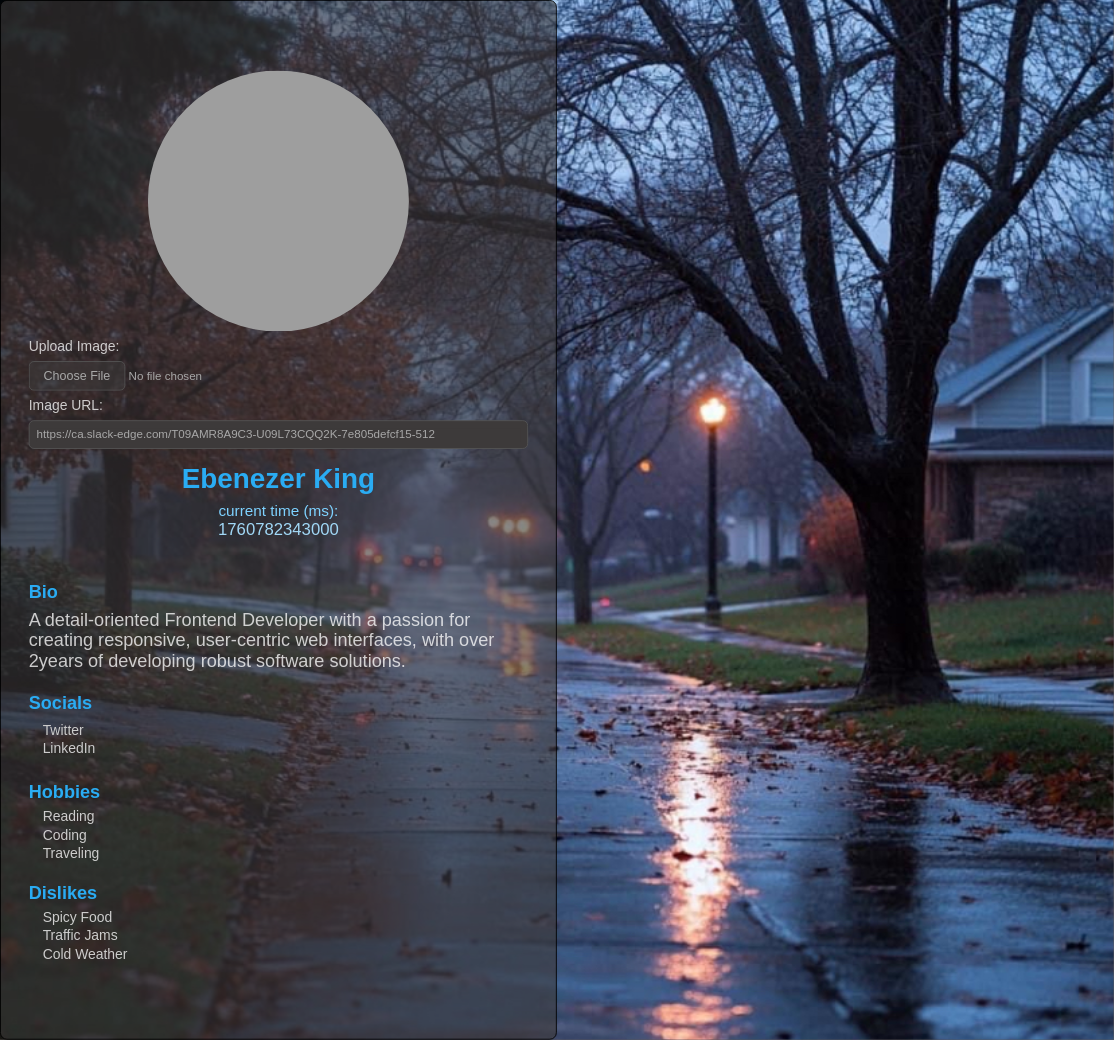
Repository: ebenezertiewei/profileCard
Page: index.html
These files come from the project's save history. The page is drawn as it stood at one moment and after a run of saves; the edit follows.
The browser window is 1280 px wide. The pictures show the whole page, at 87% of full size.
Pictures or frames that could not be fetched are drawn as grey boxes.

Above is the page before, as saved 2025-10-18 10:45:49.

### index.html
<!DOCTYPE html>
<html lang="en">
	<head>
		<meta charset="UTF-8" />
		<meta name="viewport" content="width=device-width, initial-scale=1.0" />
		<title>Profile Card</title>
		<link rel="stylesheet" href="style.css" />
	</head>
	<body>
		<!--------------------------------- PROFILE CARD CONTAINER ---------------------------->
		<article data-testid="test-profile-card">
			<!---------------------------------- PROFILE HEADER ---------------------------->
			<section id="profileHeader" data-testid="test-profile-header">
				<figure>
					<img
						src="https://ca.slack-edge.com/T09AMR8A9C3-U09L73CQQ2K-7e805defcf15-512"
						alt="Profile Avatar"
						data-testid="test-user-avatar"
						id="profileAvatar"
					/>
					<!-- <figcaption>Ebenezer King</figcaption> -->
				</figure>
				<section class="imageUploadMethods">
					<!-- image upload -->
					<label for="avatarUpload">Upload Image:</label>
					<input type="file" id="avatarUpload" accept="image/*" />
					<!-- image url -->
					<label for="avatarUrl">Image URL:</label>
					<input
						type="url"
						id="avatarUrl"
						placeholder="https://ca.slack-edge.com/T09AMR8A9C3-U09L73CQQ2K-7e805defcf15-512"
					/>
				</section>
				<h2 data-testid="test-user-name">Ebenezer King</h2>
				<!----------- current time----------->
				<span data-testid="test-user-time-header" class="time-header">
					current time (ms):
					<p data-testid="test-user-time"></p>
				</span>
			</section>
			<!---------------------------------- PROFILE DETAILS ---------------------------->
			<section id="profileDetails" data-testid="test-profile-details">
				<h3 data-testid="test-user-bio-header" class="bio-header">Bio</h3>
				<p data-testid="test-user-bio">
					A detail-oriented Frontend Developer with a passion for creating
					responsive, user-centric web interfaces, with over 2years of
					developing robust software solutions.
				</p>
				<!--------------------- social links ------------->
				<h3
					data-testid="test-user-social-links-header"
					class="social-links-header"
				>
					Socials
				</h3>
				<nav data-testid="test-user-social-links">
					<ul>
						<li>
							<a
								href="https://x.com/txch_king?s=11&t=o3w1r65yzU2hxbP-LDD1ug"
								target="_blank"
								rel="noopener noreferrer"
								data-testid="test-user-social-twitter"
							>
								Twitter
							</a>
						</li>
						<li>
							<a
								href="https://www.linkedin.com/in/ebenezer-t-093b21320/"
								target="_blank"
								rel="noopener noreferrer"
								data-testid="test-user-social-linkedin"
							>
								LinkedIn
							</a>
						</li>
					</ul>
				</nav>
				<!--------------------- hobbies ------------->
				<section data-testid="test-user-hobbies">
					<h3 data-testid="test-user-hobbies-header" class="hobbies-header">
						Hobbies
					</h3>
					<ul>
						<li>Reading</li>
						<li>Coding</li>
						<li>Traveling</li>
					</ul>
				</section>
				<!--------------------- dislikes ------------->
				<section data-testid="test-user-dislikes">
					<h3 data-testid="test-user-dislikes-header" class="dislikes-header">
						Dislikes
					</h3>
					<ul>
						<li>Spicy Food</li>
						<li>Traffic Jams</li>
						<li>Cold Weather</li>
					</ul>
				</section>
			</section>
		</article>

		<!-- javascript link -->
		<script src="script.js"></script>
	</body>
</html>

### style.css
/* ---------------------------------------------------------------- */
/*--------------- Project body general style ---------------*/
html {
	width: 100dvw;
	font-family: Arial, sans-serif;
	font-size: 1rem;
	font-weight: 400;
}
body {
	background-color: #605a5a;
	background-image: url("./assets/states.jpg");
	background-size: cover;
	background-position: center;
	background-repeat: no-repeat;
	/* height: 100%; */
	width: 100%;
}
* {
	padding: 0;
	margin: 0;
	border: 0;
	box-sizing: border-box;
	outline: none;
}

/*--------------------------MOBILE WORKFLOW---------------------*/
/*--------------profile card container -------------------*/
article[data-testid="test-profile-card"] {
	/* height: 100%; */
	width: 100%;
	padding: 3rem 1rem;
	background-color: rgba(61, 58, 58, 0.6);
	color: rgba(255, 255, 255, 0.761);
	display: flex;
	flex-direction: column;
	align-items: center;
	border: 1px solid #020202;
	border-radius: 8px;
	box-shadow: 0 2px 4px rgba(0, 0, 0, 0.1);
}

/*-------------  PROFILE HEADER  -------------*/
#profileHeader {
	width: 100%;
	display: flex;
	flex-direction: column;
	padding: 1rem 0;
	/* background-color: orange; */
}
#profileHeader figure {
	display: flex;
	flex-direction: column;
	align-items: center;
	margin-bottom: 0.5rem;
}
/*------------- profile header image -------------*/
#profileHeader img {
	border-radius: 50%;
	width: 300px;
	height: 300px;
	object-fit: cover;
}
/* -------------imageUploadMethods------------ */
.imageUploadMethods {
	display: flex;
	flex-direction: column;
	align-items: start;
}

.imageUploadMethods label {
	margin-bottom: 0.5rem;
}
.imageUploadMethods input {
	margin-bottom: 0.5rem;
	width: 100%;
}
#avatarUpload::file-selector-button {
	background-color: rgba(61, 58, 58, 0.6);
	color: #a8a8a8;
	padding: 0.5rem 1rem;
	border: 1px solid #555555;
	border-radius: 6px;
	cursor: pointer;
	font-size: 0.9rem;
	transition: background 0.3s;
}
#avatarUpload::file-selector-button:hover {
	background-color: #45a049;
	color: black;
}
#avatarUpload {
	color: #a8a8a8;
}
#avatarUrl::placeholder {
	background-color: rgb(61, 58, 58);
	color: #a8a8a8;
}
#avatarUrl {
	/* color: #ccc; */
	padding: 0.5rem;
	background-color: rgb(61, 58, 58);
	border: 1px solid #555555;
	border-radius: 6px;
}
/*--------------profile name --------------*/
#profileHeader h2 {
	display: flex;
	justify-content: center;
	margin: 0.5rem 0;
	font-size: 2rem;
	font-weight: 600;
	color: #2aacf3;
}
/*-------------- current time --------------*/
#profileHeader span[data-testid="test-user-time-header"] {
	display: flex;
	flex-direction: column;
	justify-content: center;
	align-items: center;
	font-size: 1.1rem;
	margin-bottom: 1rem;
	color: #7ed2ff;
}
#profileHeader p[data-testid="test-user-time"] {
	margin-bottom: 1rem;
	font-size: 1.2rem;
	color: #a1d8f6;
}
/*--------------  PROFILE DETAILS  --------------*/
.bio-header {
	display: flex;
	flex-direction: column;
	justify-content: start;
	margin-bottom: 0.5rem;
	font-size: 1.3rem;
	color: #2aacf3;
}
#profileDetails p[data-testid="test-user-bio"] {
	font-size: 1.3rem;
	margin-bottom: 1.5rem;
}
/* ------------------ social links --------------- */
.social-links-header {
	display: flex;
	flex-direction: column;
	justify-content: start;
	margin-bottom: 0.5rem;
	font-size: 1.3rem;
	color: #2aacf3;
}
#profileDetails nav[data-testid="test-user-social-links"] {
	display: flex;
	flex-direction: column;
	justify-content: start;
	margin-bottom: 1.5rem;
}
#profileDetails nav[data-testid="test-user-social-links"] ul {
	list-style: none;
}
#profileDetails nav[data-testid="test-user-social-links"] li {
	margin: 0.2rem 1rem;
}
#profileDetails nav[data-testid="test-user-social-links"] a {
	color: #ccc;
	text-decoration: none;
}
#profileDetails nav[data-testid="test-user-social-links"] a:hover {
	text-decoration: underline;
}
/* ------------------ hobbies --------------- */
.hobbies-header {
	display: flex;
	flex-direction: column;
	justify-content: start;
	margin-bottom: 0.5rem;
	font-size: 1.3rem;
	color: #2aacf3;
}
#profileDetails section[data-testid="test-user-hobbies"] ul {
	list-style: none;
	margin-bottom: 1.5rem;
}
#profileDetails section[data-testid="test-user-hobbies"] li {
	margin: 0.2rem 1rem;
}
/* ------------------ dislikes --------------- */
.dislikes-header {
	display: flex;
	flex-direction: column;
	justify-content: start;
	margin-bottom: 0.5rem;
	font-size: 1.3rem;
	color: #2aacf3;
}
#profileDetails section[data-testid="test-user-dislikes"] ul {
	list-style: none;
	margin-bottom: 1.5rem;
}
#profileDetails section[data-testid="test-user-dislikes"] li {
	margin: 0.2rem 1rem;
}

/* ---------------------------------- MEDIA QUERY ------------------------------- */
@media (min-width: 768px) {
	article[data-testid="test-profile-card"] {
		width: 50%;
		padding: 4rem 2rem;
	}
}

### script.js
// --------------------------------------------------------------------------
// ------------------- current time in milliseconds ----------
window.addEventListener("DOMContentLoaded", () => {
	const timeElement = document.querySelector('[data-testid="test-user-time"]');

	function updateTime() {
		const currentTime = Date.now();
		timeElement.textContent = currentTime;
	}

	updateTime();
	setInterval(updateTime, 1000);
});

// --------------------------------------------------------------------------
// ------------------- avatar image upload and image url upload ----------
window.addEventListener("DOMContentLoaded", () => {
	const avatarImg = document.getElementById("profileAvatar");
	const avatarImgUpload = document.getElementById("avatarUpload");
	const urlImgUpload = document.getElementById("avatarUrl");

	// Update avatar when a file is uploaded
	avatarImgUpload.addEventListener("change", (event) => {
		const file = event.target.files[0];
		if (file) {
			const imageUrl = URL.createObjectURL(file);
			avatarImg.src = imageUrl;

			// optional: revoke URL later to free memory
			avatarImg.onload = () => URL.revokeObjectURL(imageUrl);
		}
	});

	// Update avatar when a URL is entered
	urlImgUpload.addEventListener("input", () => {
		const url = urlImgUpload.value.trim();
		if (url) {
			avatarImg.src = url;
		}
	});
});

After the next 2 saves:
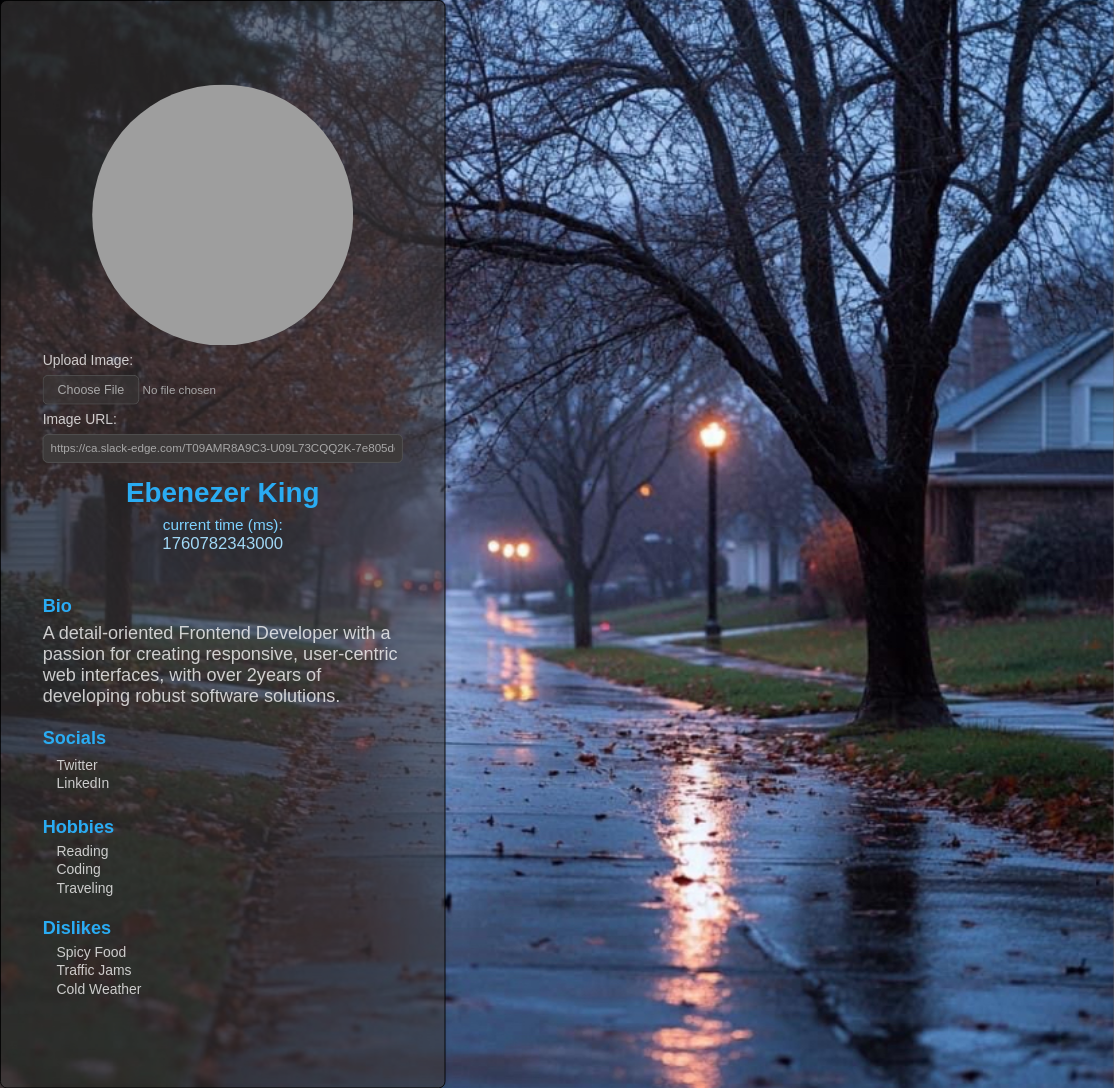
The 2 saves are shown as one change because they came seconds apart.
The last was saved 6 s later.
--- a/style.css
+++ b/style.css
@@ -207,3 +207,9 @@ article[data-testid="test-profile-card"] {
 		padding: 4rem 2rem;
 	}
 }
+@media (min-width: 1024px) {
+	article[data-testid="test-profile-card"] {
+		width: 40%;
+		padding: 5rem 3rem;
+	}
+}
